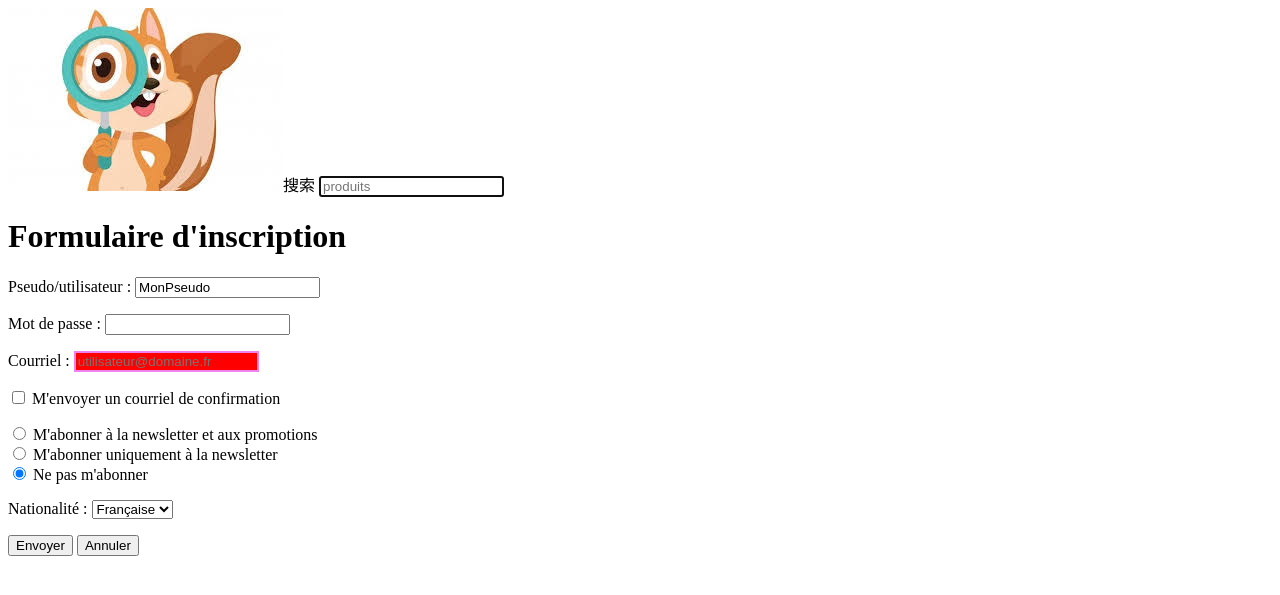
Repository: clairedupuich/excercice
Page: javaScript/Gestion les formulaires /formulaires.html
An editor plug-in stored every save of this project. The page is shown before and after a run of saves, followed by the edit.
The browser window is 1280 px wide. The pictures show the whole page.

Above is the page before, as saved 2020-10-14 22:53:58.

After the next 2 saves:
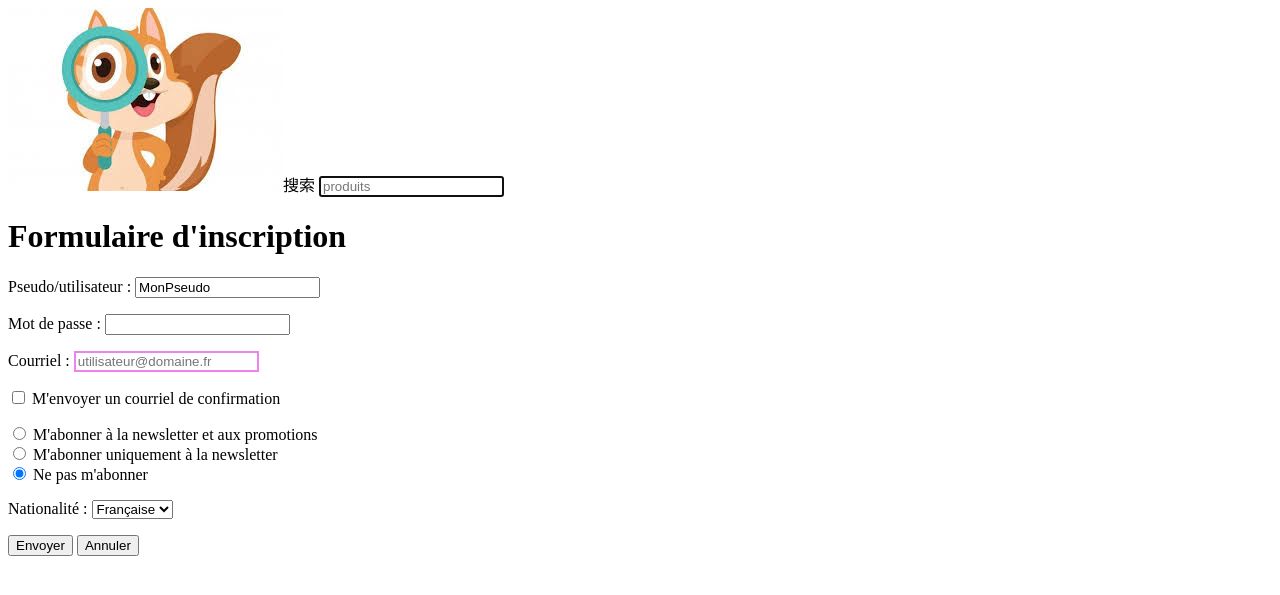
The 2 saves are shown as one change because they came seconds apart.
The last was saved 2 min 59 s later.
--- a/javaScript/Gestion les formulaires /formulaires.css
+++ b/javaScript/Gestion les formulaires /formulaires.css
@@ -6,7 +6,7 @@
 
 
 
-#courriel:not(:focus):invalid {
+#courriel:not(:focus):invalid {  //
     background: red;
     border: 2px solid violet;
     color: blue;

After the 3 saves that followed:
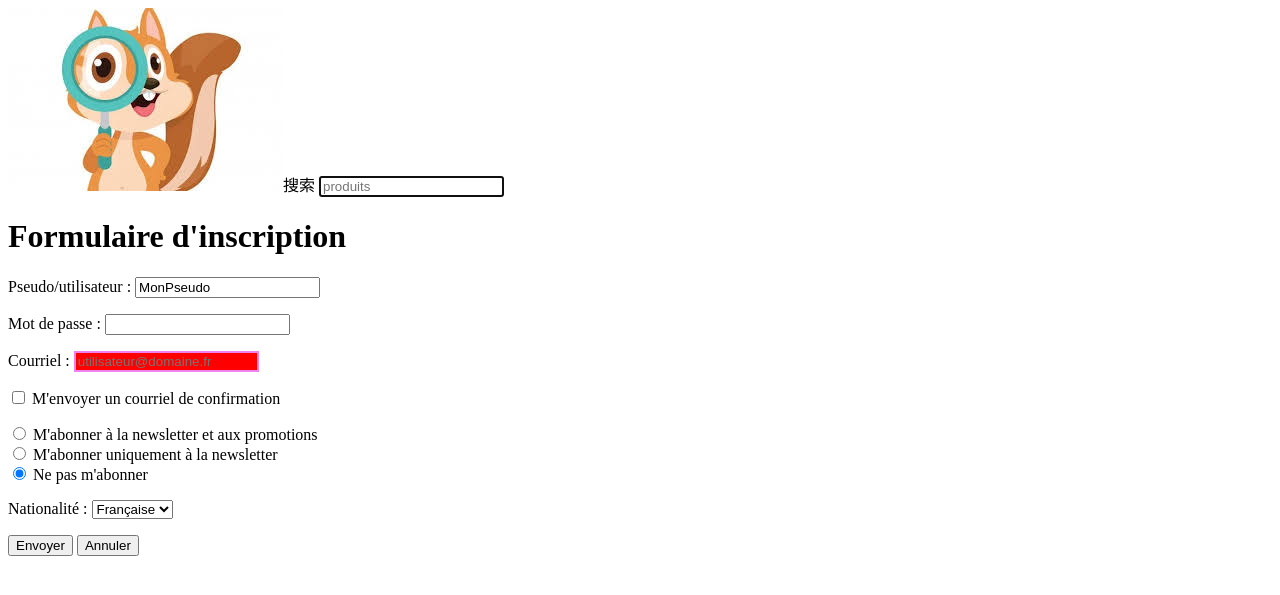
The 3 saves are shown as one change because 1 left the picture as it was and some came seconds apart.
The last was saved 14 s later.
--- a/javaScript/Gestion les formulaires /formulaires.css
+++ b/javaScript/Gestion les formulaires /formulaires.css
@@ -6,7 +6,7 @@
 
 
 
-#courriel:not(:focus):invalid {  //
+#courriel:not(:focus):invalid {  /* 如果输入未处于状态:focus  且: invalid  为true ，则将  应用样式  。 */
     background: red;
     border: 2px solid violet;
     color: blue;
